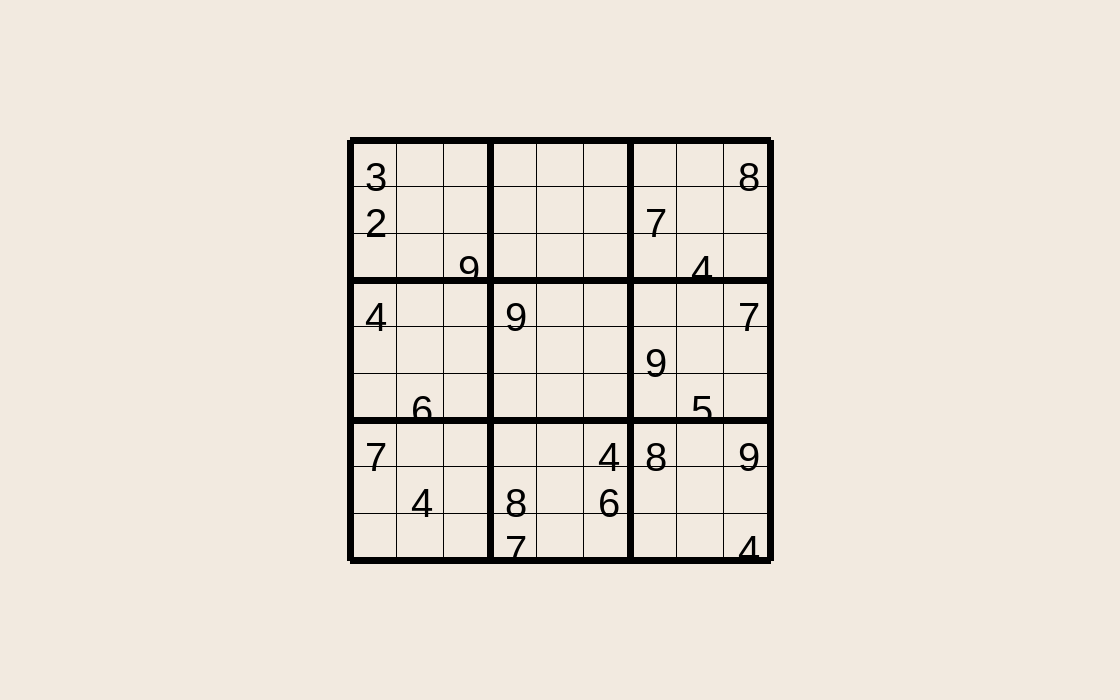
Repository: JensVL96/Puzzle-solver-for-fun
Script's output: python sudoku.py
An editor plug-in stored every save of this project. The script's output is shown before and after the next save, followed by the edit.
The window is shown after at most 60 frames with no key pressed. A system font it names is replaced by a similar one. Random numbers start from a fixed seed.

Above is the script's output before, as saved 2020-11-07 16:35:37.

After the next save:
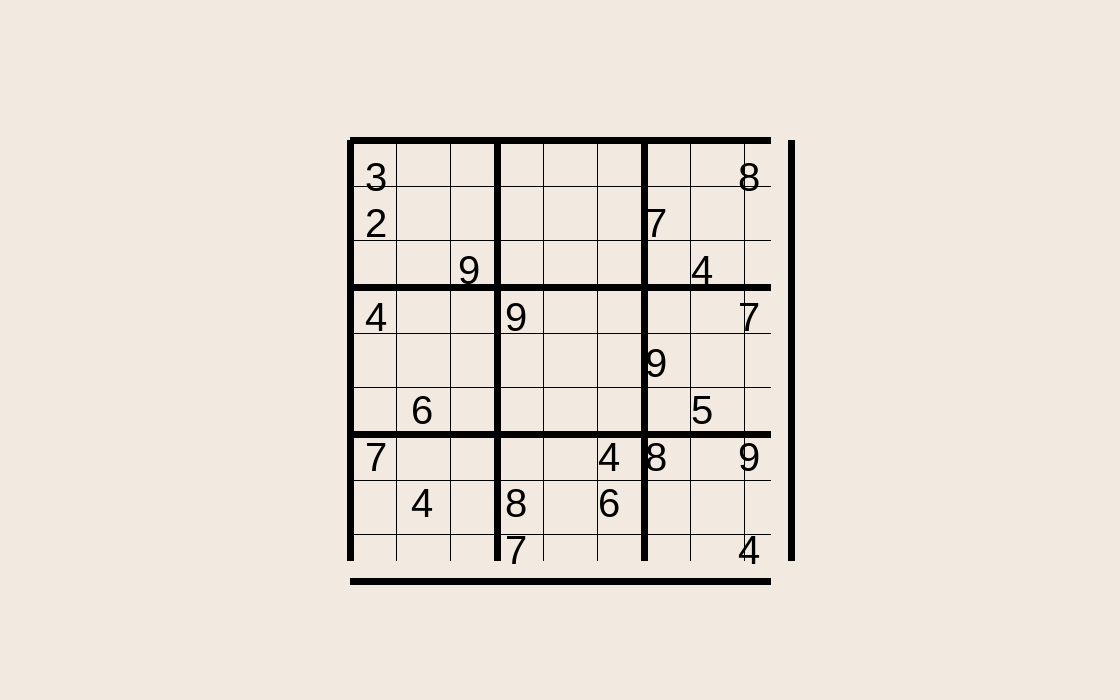
Saved 24 s later.
--- a/display_board.py
+++ b/display_board.py
@@ -35,7 +35,7 @@ class Display_board():
             else:
                 thick = 1
 
-            if i + 1 % 3 == 0:
+            if (i + 1) % 3 == 0:
                 size +=7
                 print("line: ", i, "thick: ", thick)
 
